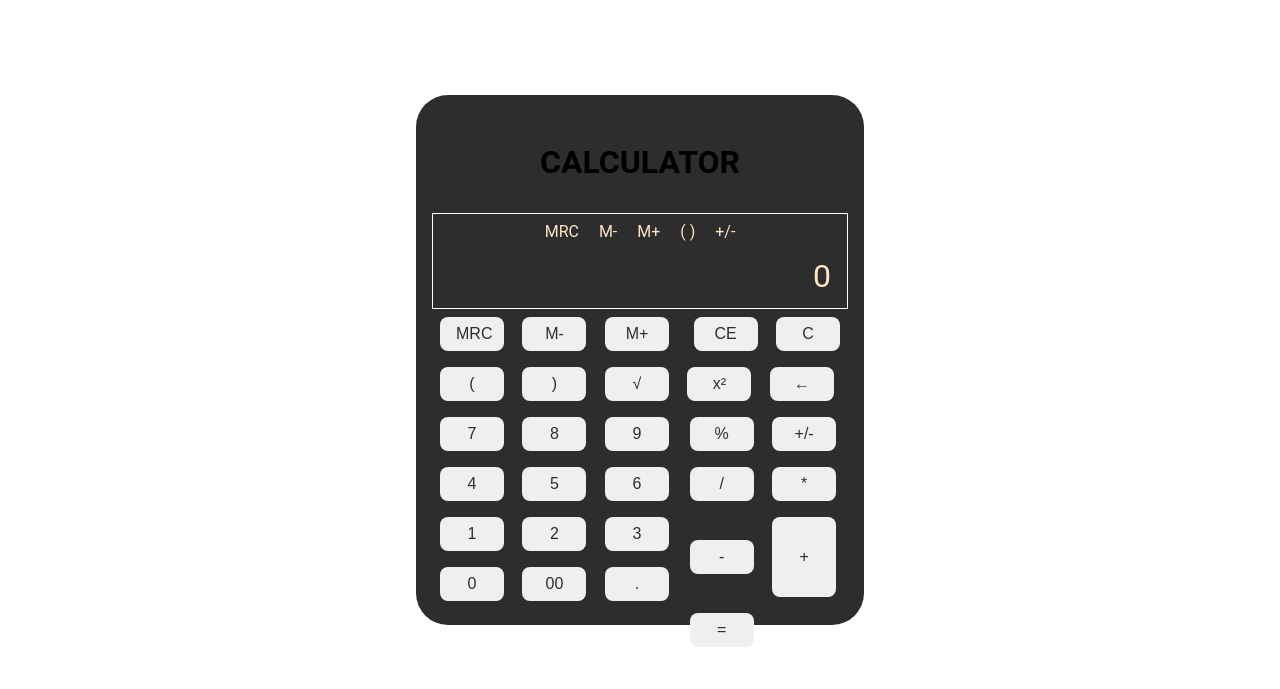
Repository: Denis793/CalculatorNew
Page: index.html
The author's editor kept a copy of each file at every save. The page is drawn from the files as they stood at one save, then again after the next save.
The browser window is 1280 px wide. The pictures show the whole page.
The style sheet was rebuilt from its Sass, Less or Tailwind sources for each picture, by a compiler version that may differ from the author's.

Above is the page before, as saved 2025-05-17 19:03:24.

After the next save:
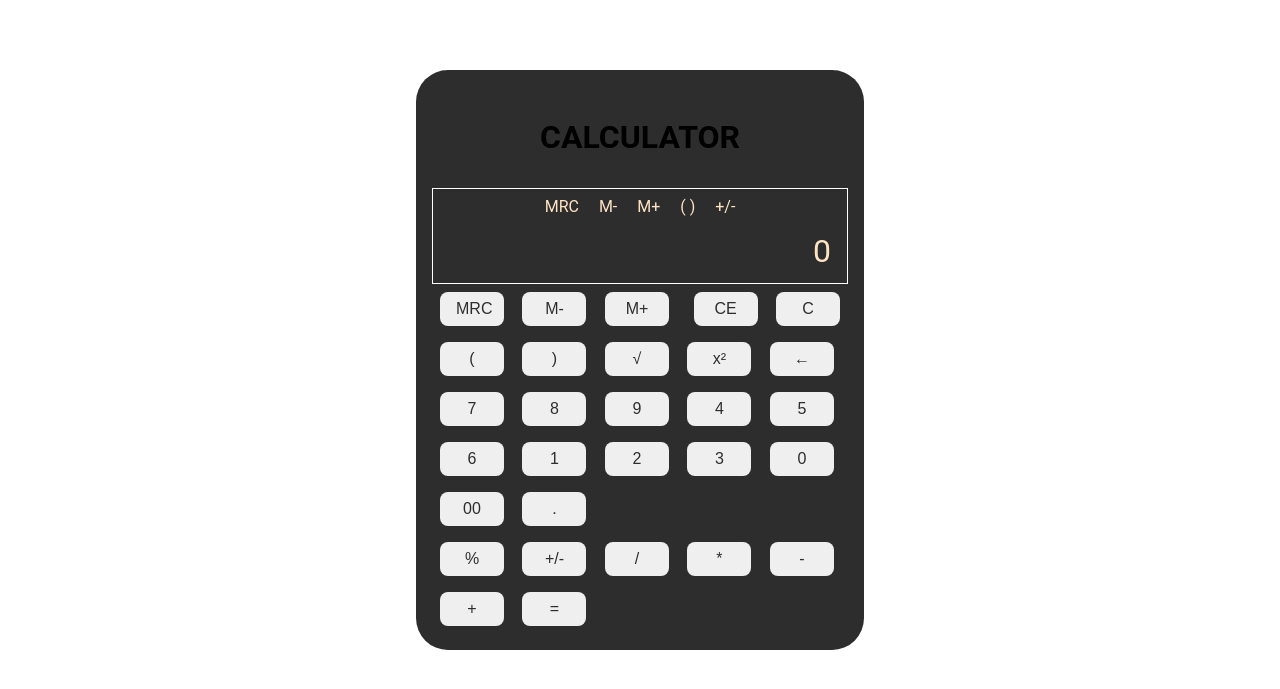
Saved 23 s later.
--- a/app/style/scss/main.scss
+++ b/app/style/scss/main.scss
@@ -62,14 +62,14 @@ button {
   justify-content: space-between;
 }
 
-.numbersBtn {
-  width: 60%;
-}
+// .numbersBtn {
+//   width: 60%;
+// }
 
-.operationsBtn {
-  width: 40%;
-}
+// .operationsBtn {
+//   width: 40%;
+// }
 
-.plus {
-  height: 40%;
-}
+// .plus {
+//   height: 40%;
+// }
